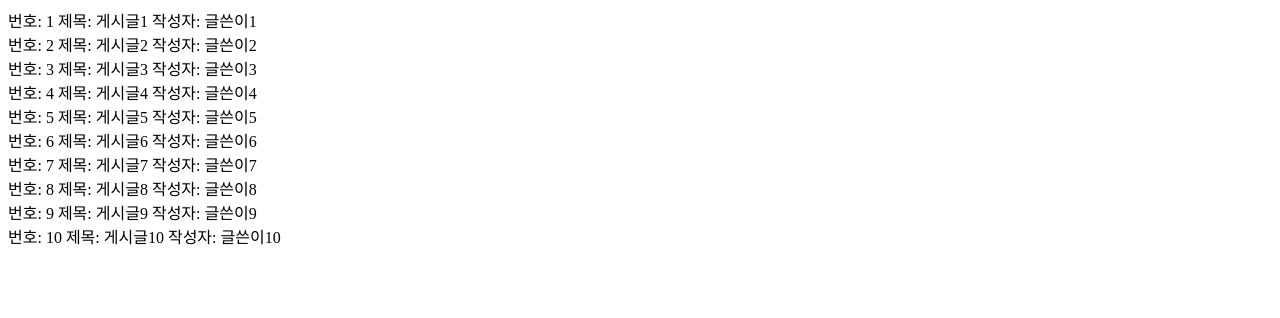
Repository: Luho0113/SpringBootStudy
Page: http://localhost/web/list.jsp
These files come from the project's save history. The page is drawn as it stood at one moment and after the next save; the edit follows.
The browser window is 1280 px wide. The pictures show the whole page.
The page is served by Tomcat 9.

Above is the page before, as saved 2023-05-03 03:08:07.

After the next save:
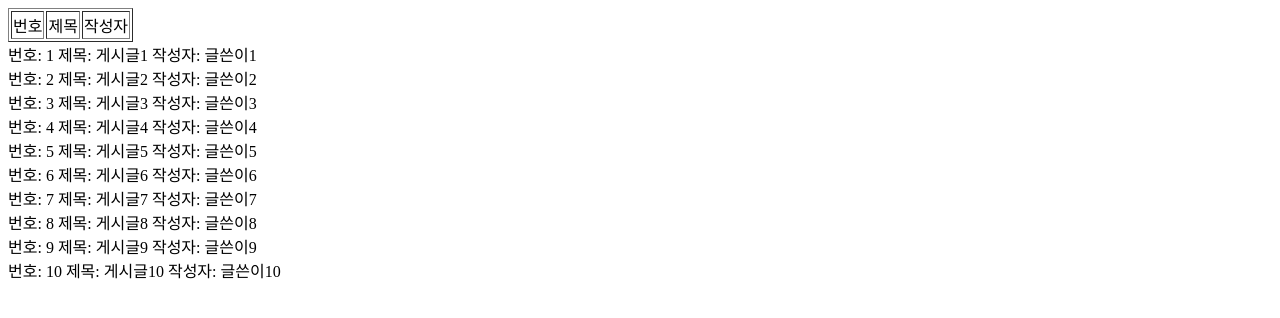
Saved 2 min 35 s later.
--- a/web/src/main/webapp/list.jsp
+++ b/web/src/main/webapp/list.jsp
@@ -25,6 +25,13 @@ for(int i=1;i<=10;i++){
 <title>List</title>
 </head>
 <body>
+<table border="1">
+<tr>
+	<td>번호</td>
+	<td>제목</td>
+	<td>작성자</td>
+</tr>
+</table>
 <%
 for(Map<String, String> map : list){
 	out.println("번호: " + map.get("bi_num"));
